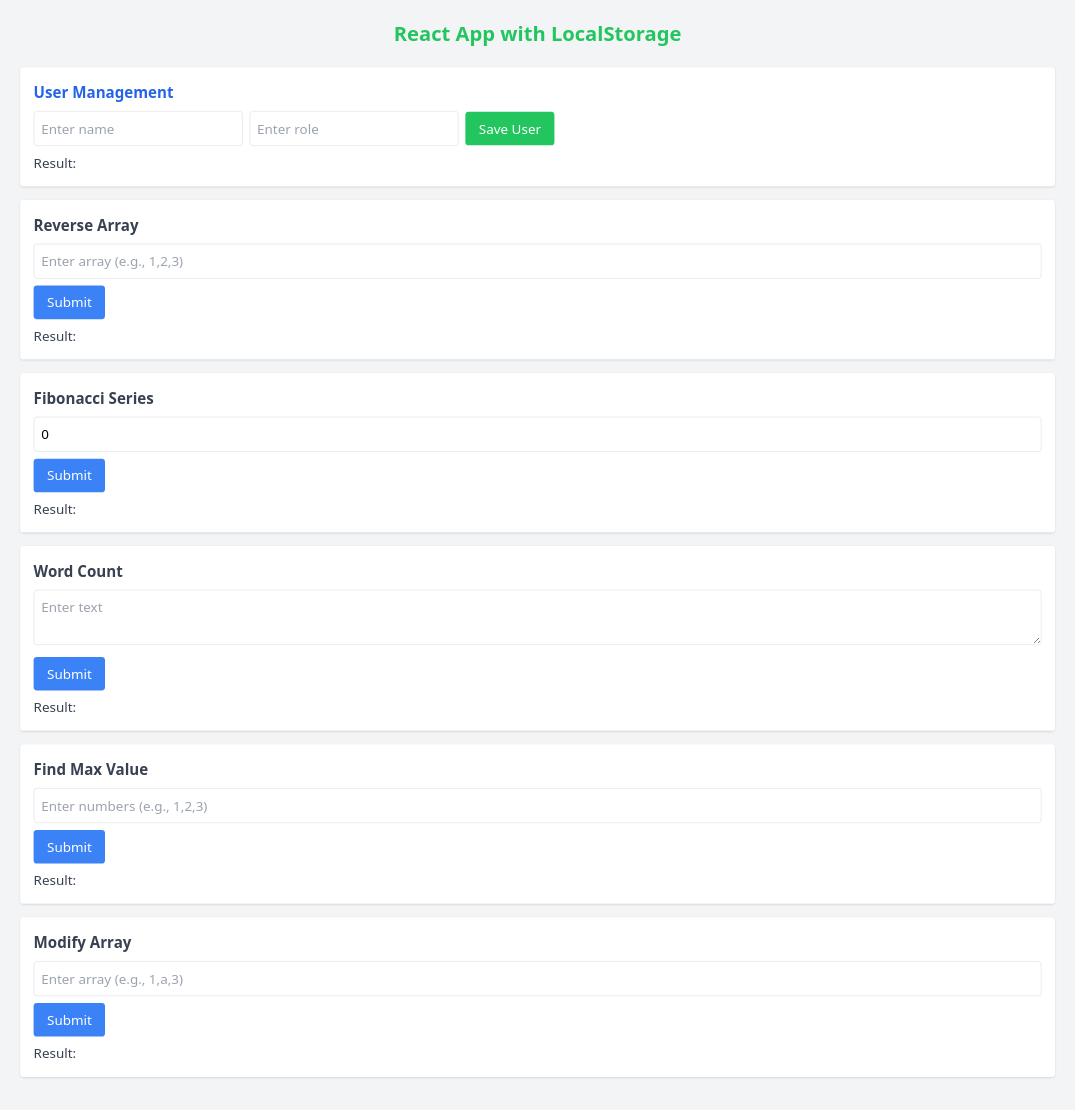
Repository: SitoraRashidova/hw034
Page: /
The author's editor kept a copy of each file at every save. The page is drawn from the files as they stood at one save, then again after a run of saves.
The browser window is 1280 px wide. The pictures show the whole page, at 84% of full size.
The project was rebuilt for these pictures with package versions that can differ from the ones it lists, and the page was loaded fresh each time. Also part of the build but not shown: vite.config.js.

Above is the page before, as saved 2024-12-26 11:19:40.

After the next 2 saves:
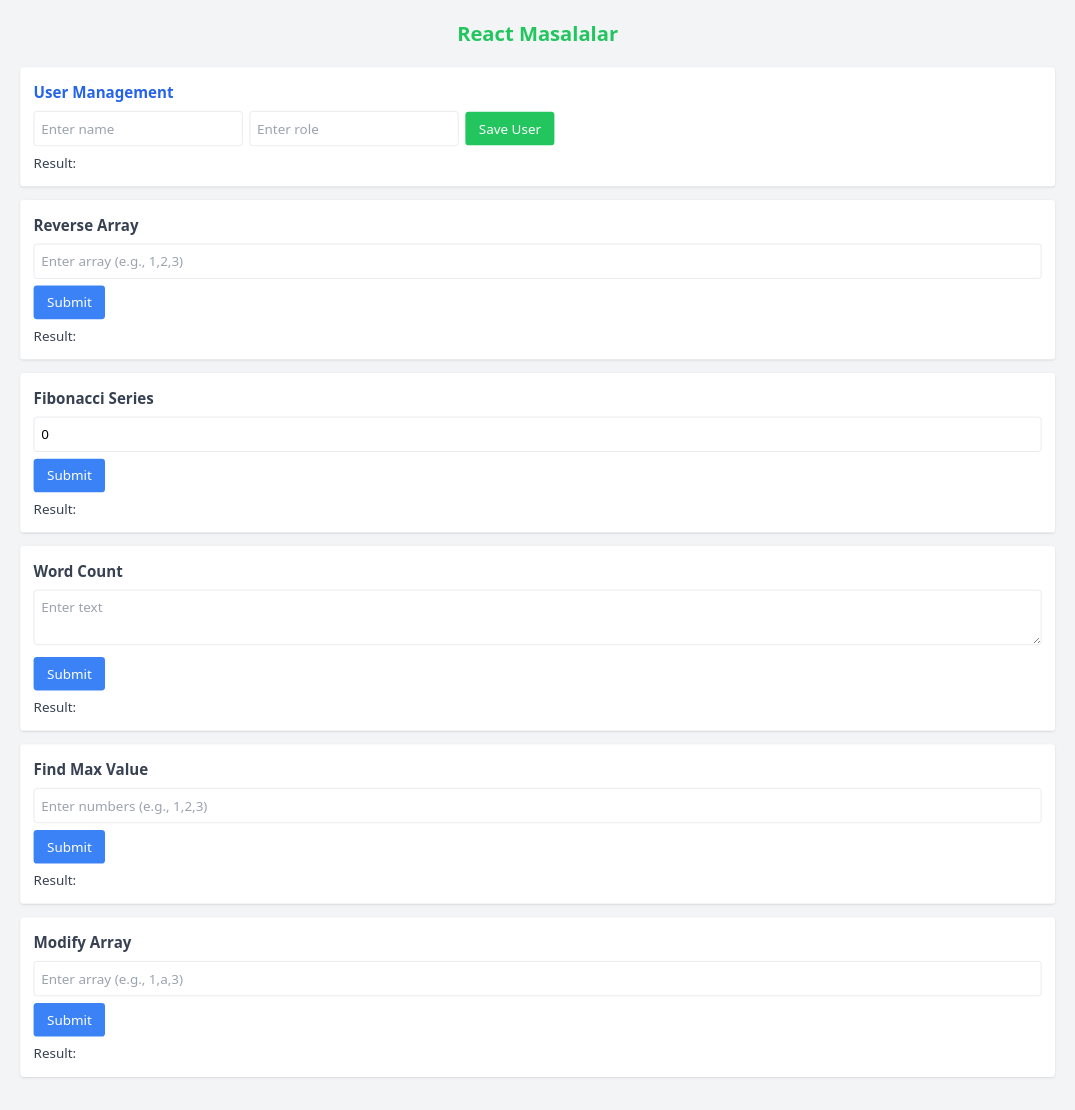
The 2 saves are shown as one change because they came seconds apart.
The last was saved 2 min 1 s later.
--- a/src/App.jsx
+++ b/src/App.jsx
@@ -57,7 +57,7 @@
   return (
     <div className="p-6 bg-gray-100 font-sans">
       <h1 className="text-2xl font-bold text-center text-green-500 mb-6">
-        React App with LocalStorage
+        React Masalalar
       </h1>
 
       <div className="bg-white p-4 rounded shadow mb-4">
